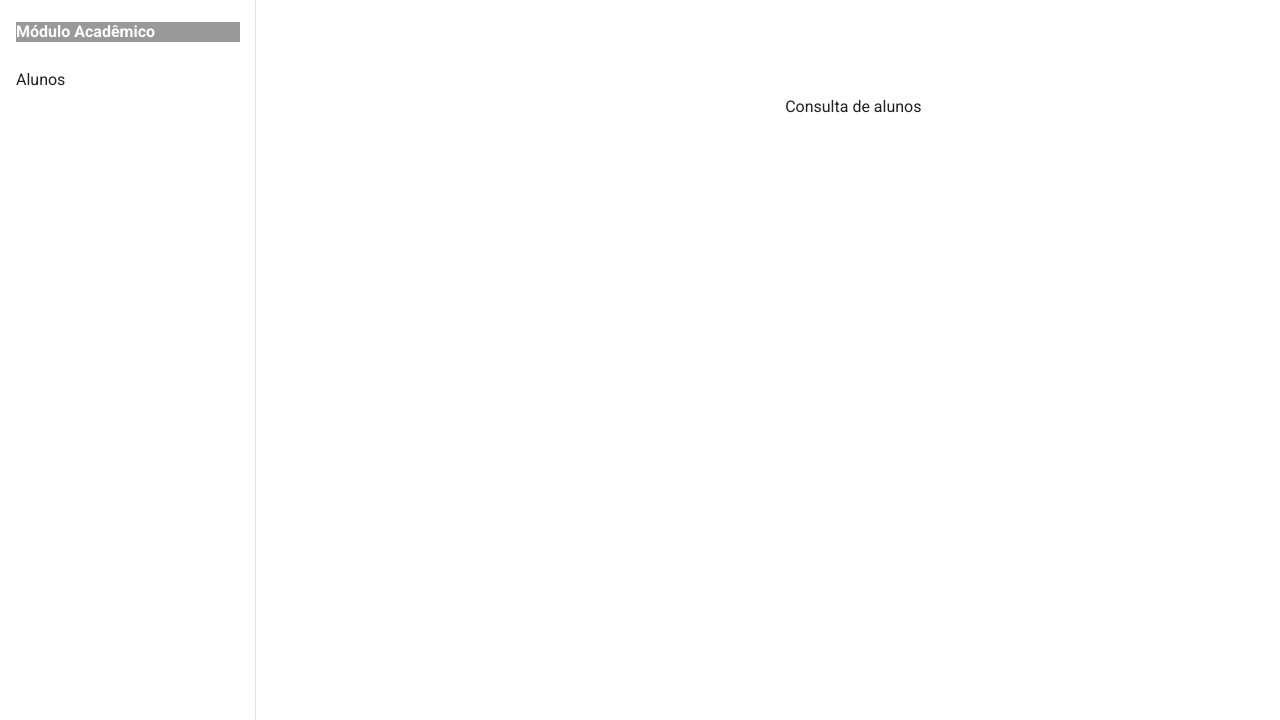
Repository: sergiohidekiono/vue-student
Page: /
The author's editor kept a copy of each file at every save. The page is drawn from the files as they stood at one save, then again after the next save.
The browser window is 1280 px wide. The pictures show the whole page.
The project was rebuilt for these pictures with package versions that can differ from the ones it lists, and the page was loaded fresh each time. Also part of the build but not shown: vue.config.js.

Above is the page before, as saved 2024-08-07 09:40:15.

After the next save:
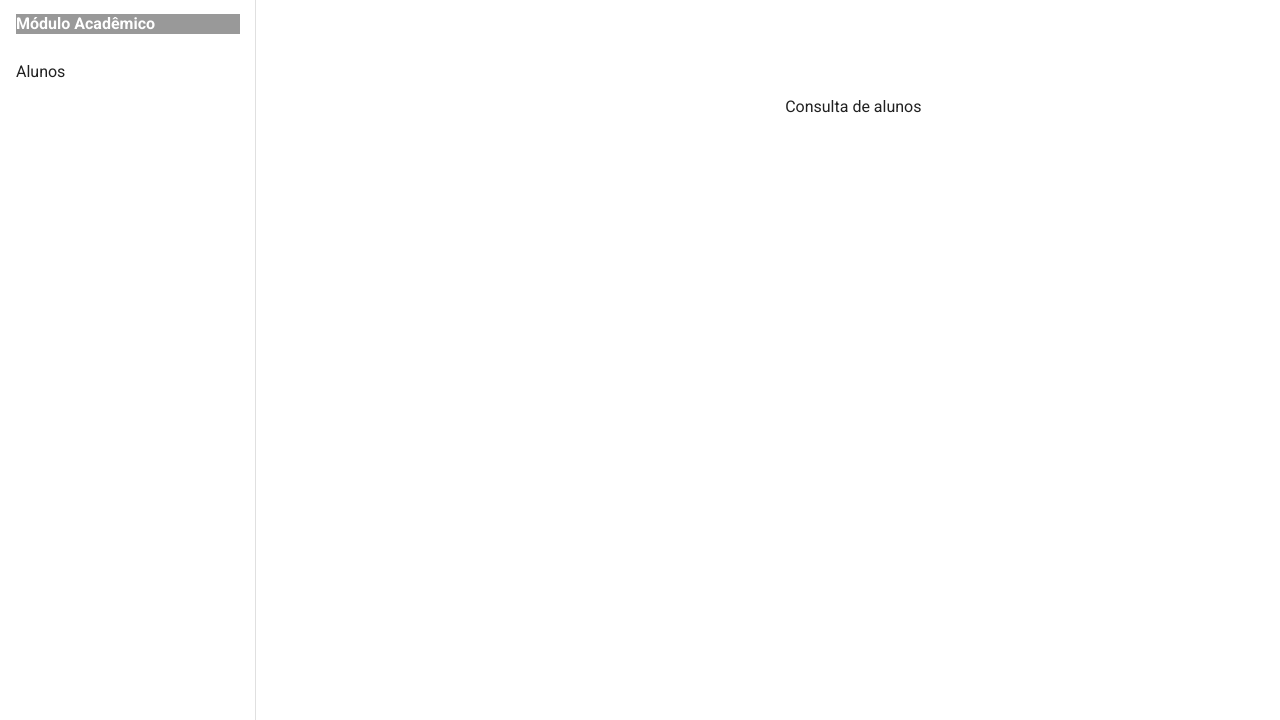
Saved 10 s later.
--- a/src/components/student-list.vue
+++ b/src/components/student-list.vue
@@ -59,7 +59,7 @@ export default {
     /* Remove padding dos títulos */
 }
 
-.v-list .v-sheet .theme--light{
+.v-list.v-sheet.theme--light{
     padding: 0!important;
 }
 </style>
